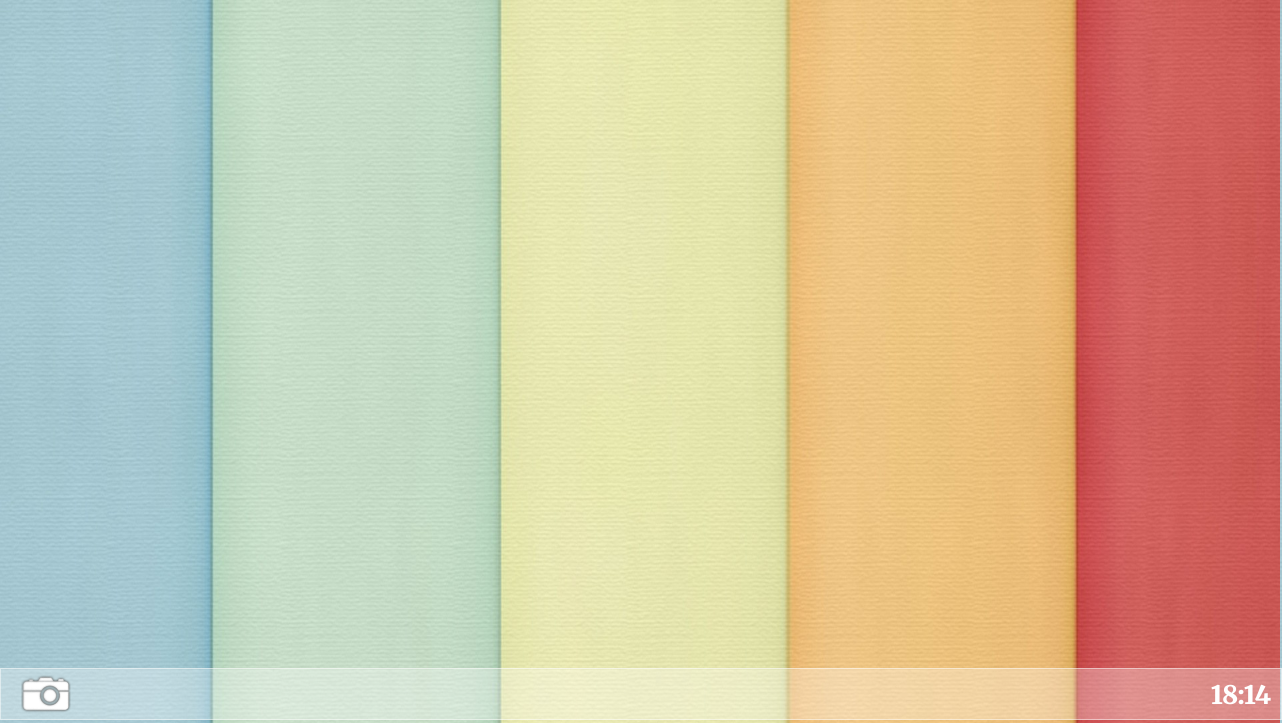
Repository: RebeccaFransson/1dv403-laborationer
Page: 5-pwd/desktop.html
The author's editor kept a record of every edit. The page is drawn from the files as they stood at one moment, then again after the next edit.
The browser window is 1280 px wide. The page is 1282 px wide, so the pictures cover 1282 px, including what lies to the right of the window. The pictures show the whole page.
Some web fonts or font styles are not loaded; a fallback is used.

Above is the page before.
Console error: ReferenceError: RF222CZ is not defined

After the next edit:
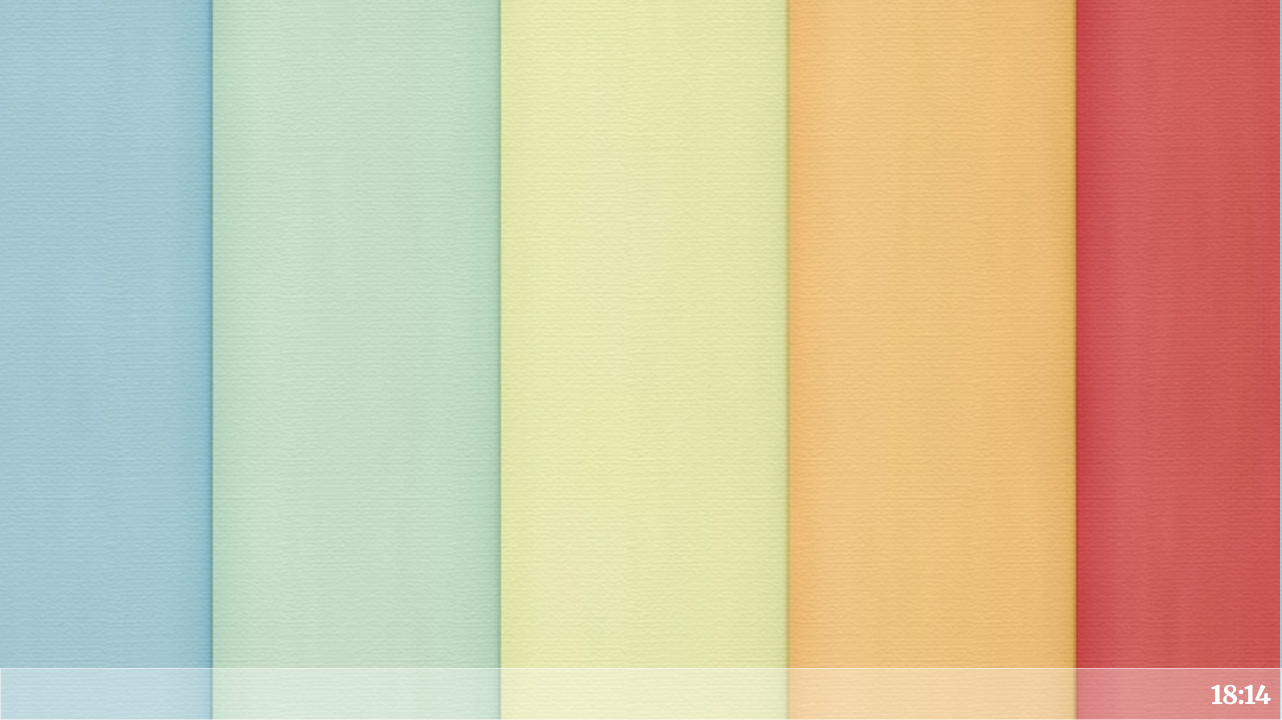
The edit:
--- a/5-pwd/script/NewPhoto.js
+++ b/5-pwd/script/NewPhoto.js
@@ -1,6 +1,6 @@
 "use strict";
 //skapa nytt galleri
-function NewPhoto(wind){
+RF222CZ.NewPhoto = function(wind){
 
     var xhr = new XMLHttpRequest();
 
